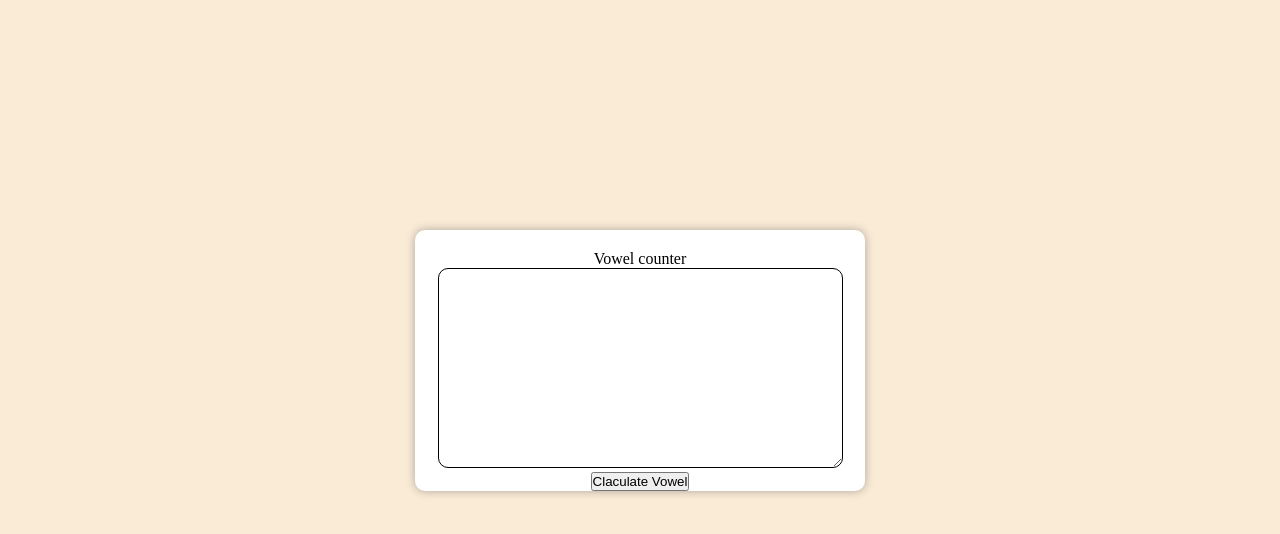
Repository: JunaidAnsari202/Vowel-counter
Page: index.html
The author's editor kept a copy of each file at every save. The page is drawn from the files as they stood at one save, then again after a run of saves.
The browser window is 1280 px wide. The pictures show the whole page.

Above is the page before, as saved 2024-10-17 11:47:02.

### index.html
<!DOCTYPE html>
<html lang="en">
<head>
    <meta charset="UTF-8">
    <meta name="viewport" content="width=device-width, initial-scale=1.0">
    <title>Vowel counter</title>
    <link rel="stylesheet" href="style.css">
</head>
<body>
    <div class="container">
        <div class="header">Vowel counter</div>
        <div class="textarea">
            <textarea name="vowelinput" id="textarea" rows="10" cols="30"></textarea>
        </div>
        <div class="count">
            <button id="count">Claculate Vowel</button>
        </div>
        <div class="output"></div>
    </div>
    <script src="script.js"></script>
</body>
</html>

### style.css
*{
    margin: 0;
    padding: 0;
    box-sizing: border-box;
}

body{
    background-color: antiquewhite;
    display: flex;
    justify-content: center;
    align-items: center;
    height: 100vh;

}

.container{
    width: 450px;
    text-align: center;
    background-color: white;
    border-radius: 10px;
    box-shadow: 0 0 10px rgba(0,0,0,0.3);
}

.header{
    margin-top: 10px;
    padding-top: 10px;
}

#textarea{
    width:90%;
    height: 200px;
    border: 1px solid black;
    border-radius: 10px;
    padding: 10px;
    font-size: 16px;
}

Loaded but not shown: script.js (no copy from this time; the picture is the same without it)

After the next 9 saves:
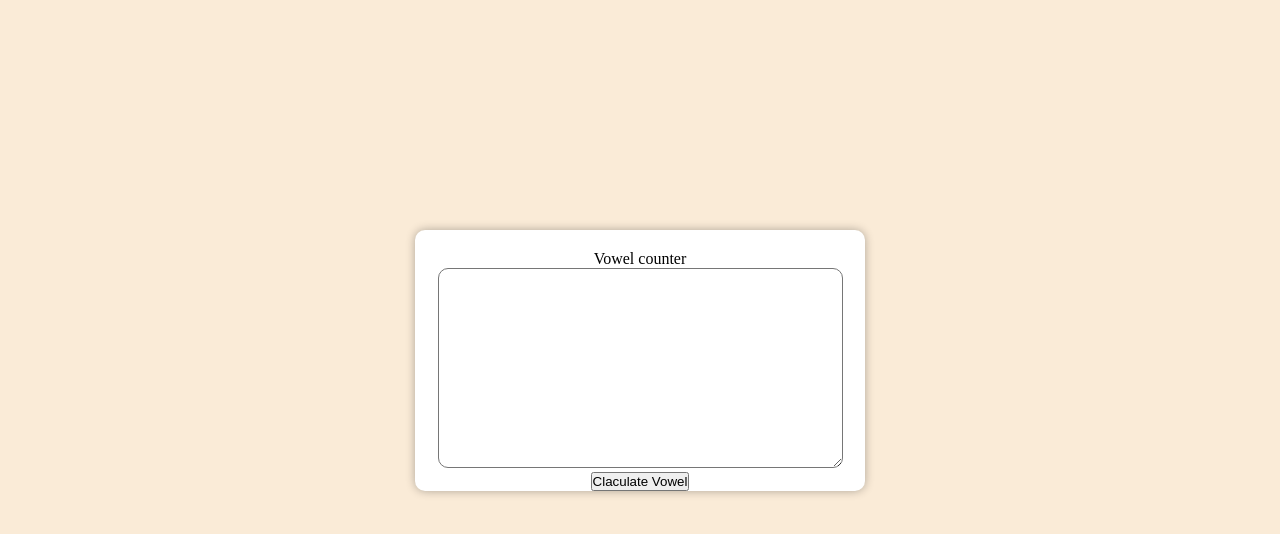
The 9 saves are shown as one change because they came seconds apart.
The last was saved 14 s later.
--- a/style.css
+++ b/style.css
@@ -29,8 +29,6 @@
 #textarea{
     width:90%;
     height: 200px;
-    border: 1px solid black;
     border-radius: 10px;
     padding: 10px;
-    font-size: 16px;
 }
